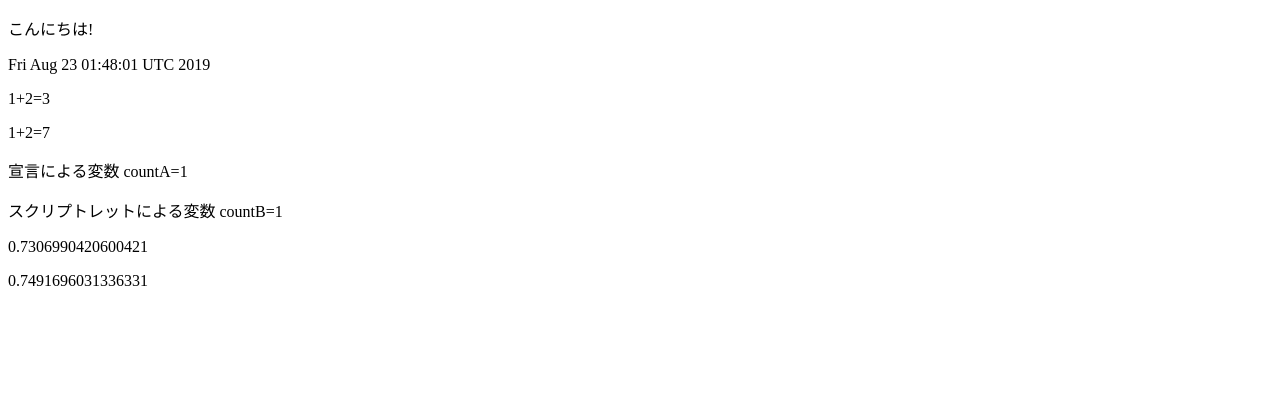
Repository: k-o7777/test
Page: http://localhost/HelloJSP/
The author's editor kept a copy of each file at every save. The page is drawn from the files as they stood at one save, then again after the next save.
The browser window is 1280 px wide. The pictures show the whole page.
The page is served by Tomcat 9.

Above is the page before, as saved 2019-08-23 04:21:10.

After the next save:
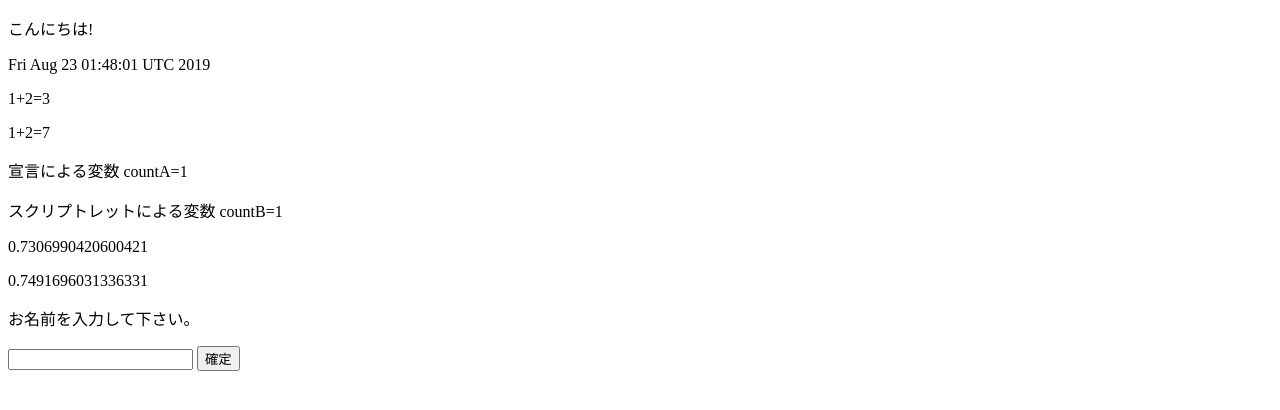
Saved 3 min 40 s later.
--- a/HelloJSP/WebContent/index.jsp
+++ b/HelloJSP/WebContent/index.jsp
@@ -30,5 +30,11 @@ countB++;
 
 <p><% out.println(Math.random()); %></p>
 <p><%=Math.random() %></p>
+
+<p>お名前を入力して下さい。</p>
+<form method="post" action="greeting-out.jsp">
+<input type="text" name="user">
+<input type="submit" value="確定">
+</form>
 </body>
 </html>
